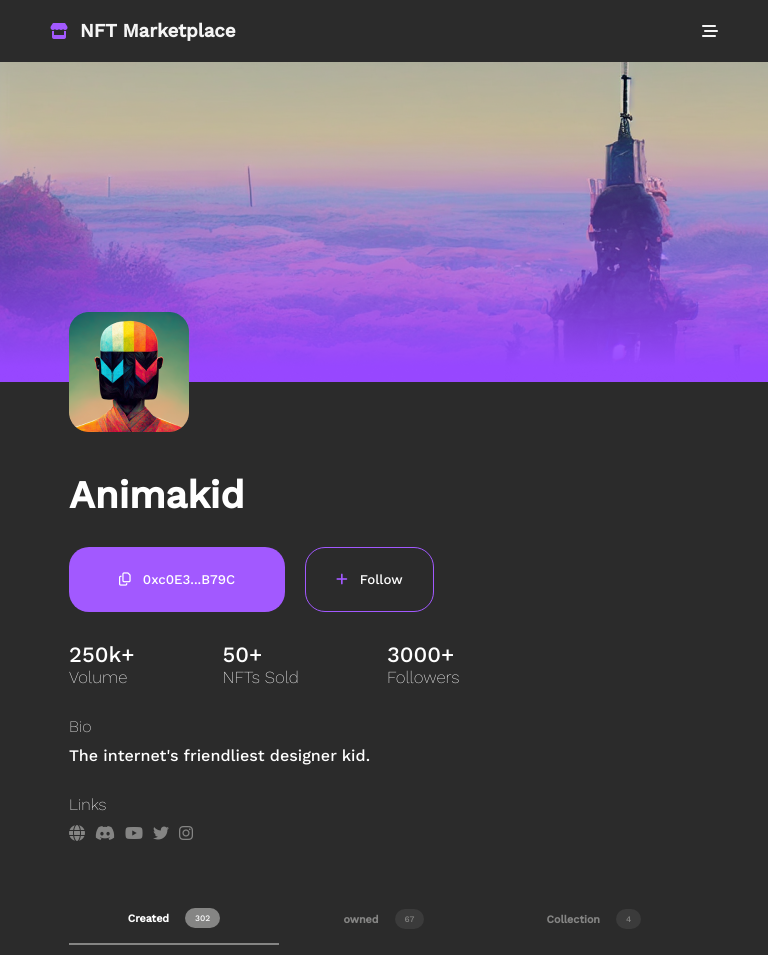
Repository: levananh202ht/NFT_Marketplace
Page: index.html
An editor plug-in stored every save of this project. The page is shown before and after the next save, followed by the edit.
The browser window is 768 px wide. The pictures show the whole page.

Above is the page before, as saved 2023-12-10 01:33:35.

After the next save:
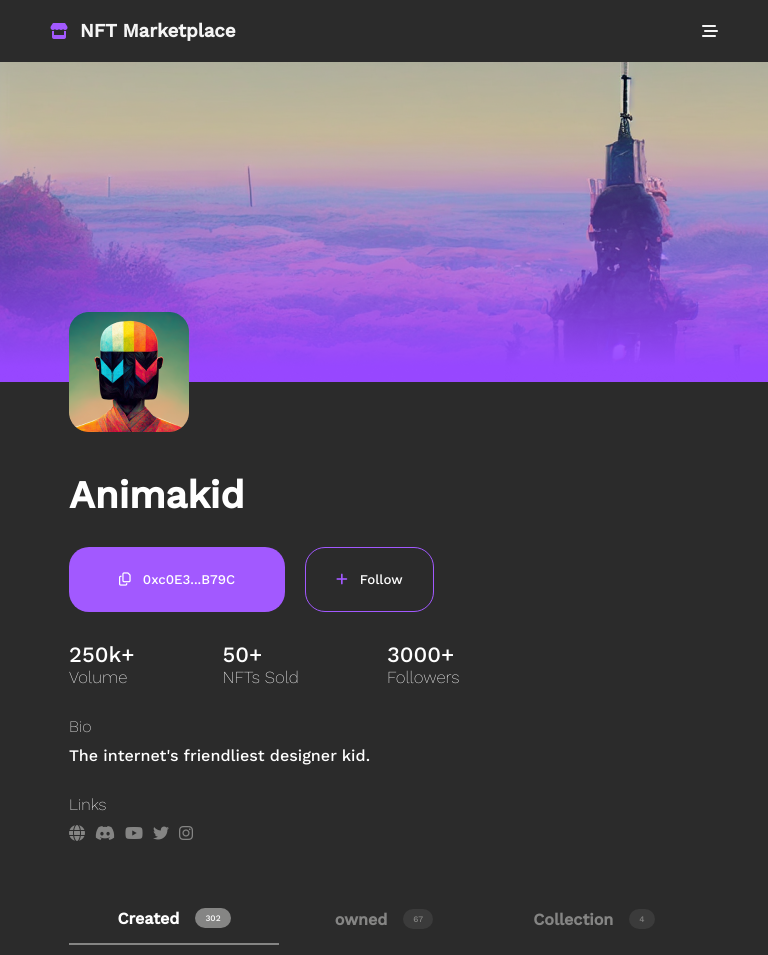
Saved 3 min 35 s later.
--- a/responsive.css
+++ b/responsive.css
@@ -34,6 +34,10 @@
         font-size: 2.1vw;
     }
     .nft_userInfo .nft_userInfo-bottom .nft_userInfo-bottom-links h5 {
+        font-size: 2.1vw;
+    }
+    /* tab */
+    .nft_tab h5{
         font-size: 2.1vw;
     }
 }
@@ -79,4 +83,5 @@
     .nft_userInfo .nft_userInfo-top .nft_userInfo-top-button button:nth-child(2){
         justify-content: center;
     }
+
 }
